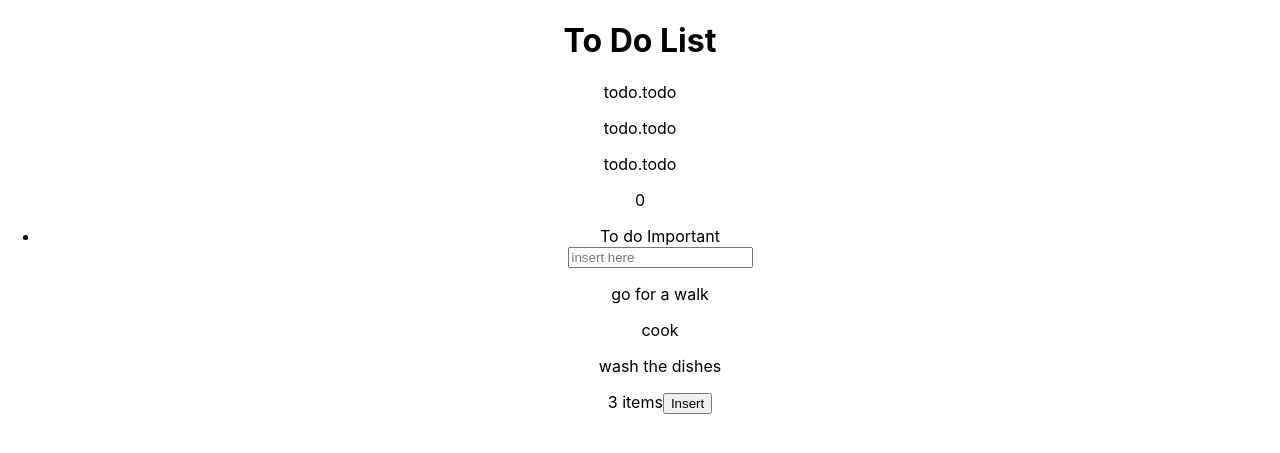
Repository: runner855/Todolist
Page: /
An editor plug-in stored every save of this project. The page is shown before and after the next save, followed by the edit.
The browser window is 1280 px wide. The pictures show the whole page.
The project was rebuilt for these pictures with package versions that can differ from the ones it lists, and the page was loaded fresh each time.

Above is the page before, as saved 2021-03-29 16:20:54.

### src/App.js
import { findAllByTestId } from "@testing-library/dom";
import React, { useState, useEffect } from "react";
import "./App.css";

function App({ saveTodo }) {
  const [currentTodo, setCurrentTodo] = useState("");
  const [todos, setTodos] = useState([
    {
      todo: "go for a walk",
      isfinished: true,
    },
    {
      todo: "cook",
      isfinished: false,
    },
    {
      todo: "wash the dishes",
      isfinished: false,
    },
  ]);

  const createNewTodo = () => {
    let todosArray = [...todos];
    todosArray.push({
      todo: currentTodo,
      isCompleted: false,
    });
    setTodos(todosArray);
  };

  return (
    <div className="App">
      <h1>To Do List</h1>
      {todos.map((todo, index) => (
        <p>todo.todo</p>
      ))}
      {(todos.length > 0) & `${todos.length} items`}
      <ul>
        <li>
          To do Important
          <br></br>
          <input
            className="todo"
            value={currentTodo}
            type="text"
            label="todo"
            placeholder="insert here"
            name="first task"
            onChange={(e) => {
              setCurrentTodo(e.target.value);
            }}
            onKeyPress={(e) => {
              if (e.key === "Enter") {
                createNewTodo(currentTodo);
                setCurrentTodo("");
              }
            }}
          />
          {todos.map((todo, index) => (
            <p>{todo.todo}</p>
          ))}
          {todos.length > 0 && `${todos.length} items`}
          <button
            onSubmit={(event) => {
              event.preventDefault();
              saveTodo(value);
            }}
          >
            {" "}
            Insert
          </button>
        </li>
      </ul>
    </div>
  );
}

export default App;

Loaded but not shown: public/index.html (common file); src/index.js (common file); src/index.css (common file); src/App.css (common file)

After the next save:
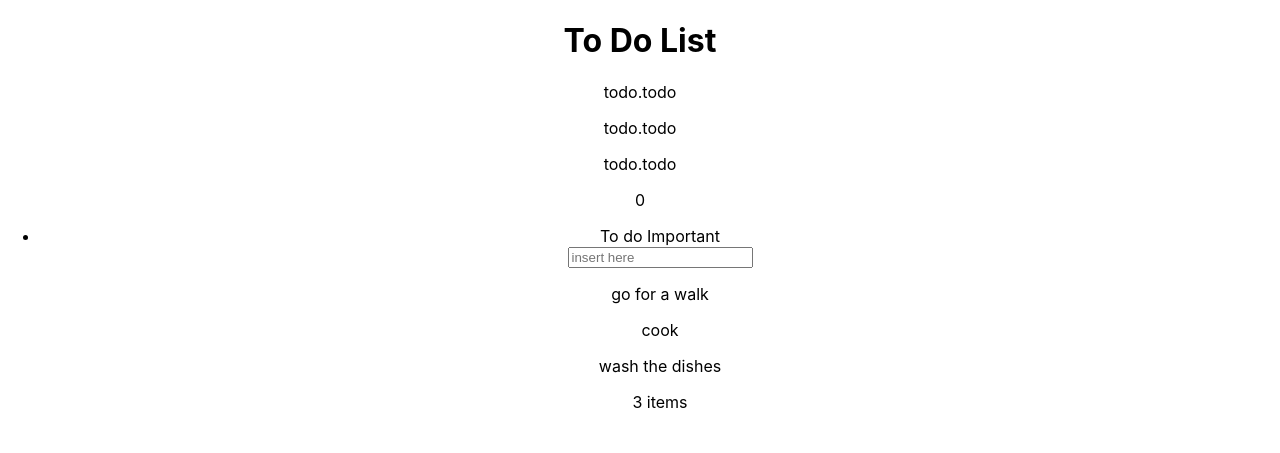
Saved 4 min 27 s later.
--- a/src/App.js
+++ b/src/App.js
@@ -60,15 +60,6 @@ function App({ saveTodo }) {
             <p>{todo.todo}</p>
           ))}
           {todos.length > 0 && `${todos.length} items`}
-          <button
-            onSubmit={(event) => {
-              event.preventDefault();
-              saveTodo(value);
-            }}
-          >
-            {" "}
-            Insert
-          </button>
         </li>
       </ul>
     </div>
